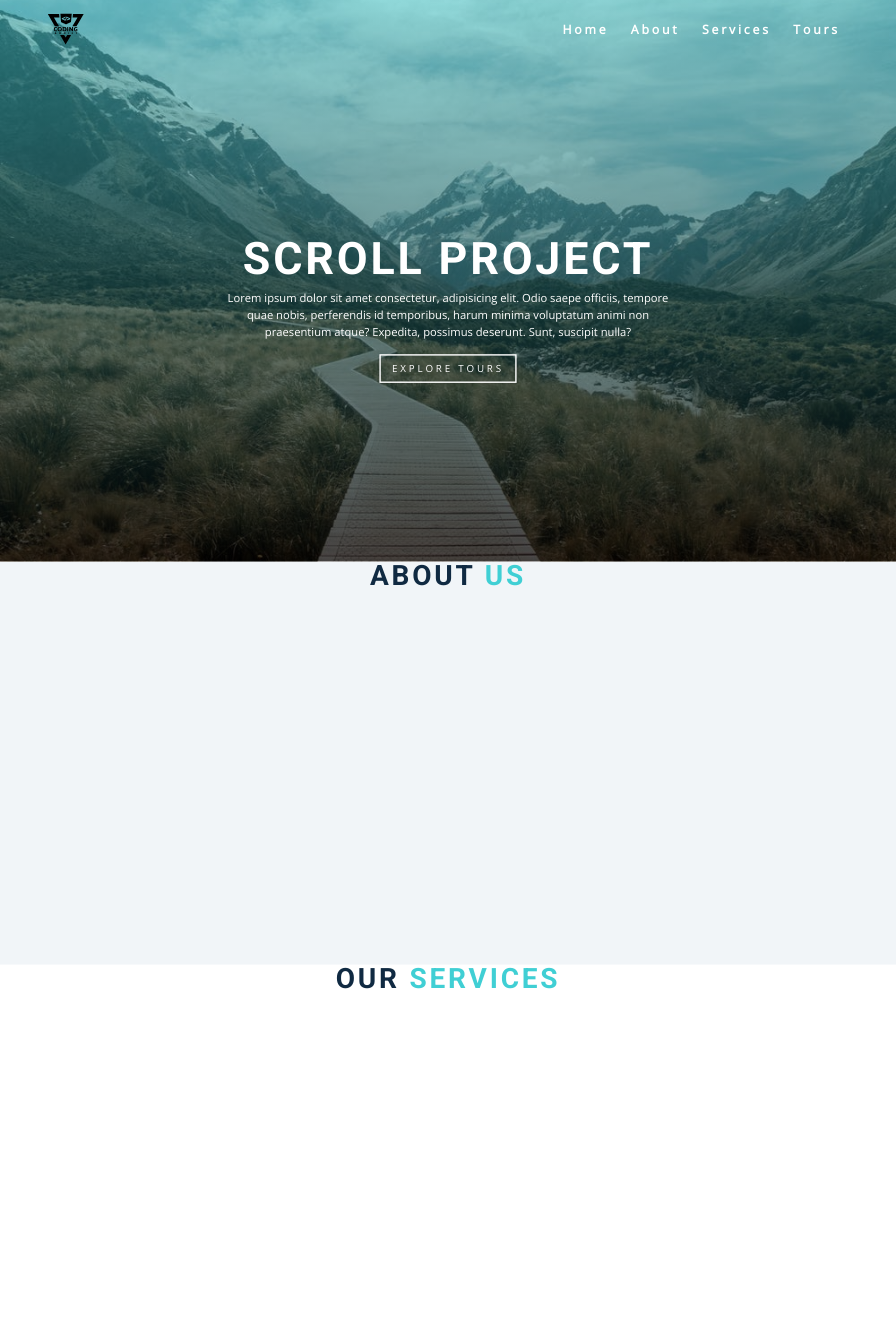
Repository: spidero7/Scroll
Page: index.html
These files come from the project's save history. The page is drawn as it stood at one moment and after the next save; the edit follows.
The browser window is 1280 px wide. The pictures show the part of the page from y = 0 to 1920 px (the page is 2714 px tall), at 70% of full size.
Some web libraries are served in a nearby version.

Above is the page before, as saved 2021-10-07 08:31:08.

### index.html
<!DOCTYPE html>
<html lang="en">
<head>
    <meta charset="UTF-8">
    <meta http-equiv="X-UA-Compatible" content="IE=edge">
    <meta name="viewport" content="width=device-width, initial-scale=1.0">
    <title>Scroll</title>
    <link rel="stylesheet" href="styles.css">
    <link rel="stylesheet" href="https://cdnjs.cloudflare.com/ajax/libs/font-awesome/5.14.0/css/all.min.css">
</head>
<body>
    <!-- header  -->
    <header id="home">
        <!-- navbar -->
        <nav id="nav">
            <div class="nav-center">
                <!-- nav header  -->
                <div class="nav-header">
                    <img src="./imgs/logo.svg" alt="logo" class="logo"/>
                    <button class="nav-toggle">
                        <i class="fas fa-bars"></i>
                    </button>
                </div>
                <!-- links -->
                <div class="links-container">
                    <ul class="links">
                        <li>
                          <a href="#home" class="scroll-link">home</a>
                        </li>
                        <li>
                          <a href="#about" class="scroll-link">about</a>
                        </li>
                        <li>
                          <a href="#services" class="scroll-link">services</a>
                        </li>
                        <li>
                          <a href="#tours" class="scroll-link">tours</a>
                        </li>
                      </ul>
                </div>
            </div>
        </nav>
        <!-- banner -->
        <div class="banner">
            <div class="container">
                <h1>scroll project</h1>
                <p>
                    Lorem ipsum dolor sit amet consectetur, adipisicing elit. Odio saepe officiis,
                    tempore quae nobis, perferendis id temporibus, harum minima voluptatum animi non
                    praesentium atque? Expedita, possimus deserunt. Sunt, suscipit nulla?
                </p>
                <a href="#tours" class="scroll-link btn btn-white">
                    explore tours
                </a>
            </div>
        </div>
    </header>
    <!-- about -->
    <section id="about" class="section">
        <div class="title">
            <h2>about <span>us</span></h2>
        </div>
    </section>
    <!-- services -->
    <section id="services" class="section">
        <div class="title">
            <h2>our <span>services</span></h2>
        </div>
    </section>
    <!-- tours -->
    <section id="tours" class="section">
        <div class="title">
            <h2>featured <span>tours</span></h2>
        </div>
    </section>
    <!-- footer -->
    <footer class="section">
        <p>
            copyright &copy; backroads trave tours company
            <span id="date"></span>
            .all rights reserved
        </p>
    </footer>
    <!-- back to top button -->
    <a href="#home" class="scroll-link top-link">
        <i class="fas fa-arrow-up"></i>
    </a>
    <script src="app.js"></script>
</body>
</html>

### styles.css
/*
===============
Fonts
===============
*/
@import url("https://fonts.googleapis.com/css?family=Open+Sans|Roboto:400,700&display=swap");

/*
===============
Variables
===============
*/

:root {
  /* dark shades of primary color*/
  --clr-primary-1: hsl(205, 86%, 17%);
  --clr-primary-2: hsl(205, 77%, 27%);
  --clr-primary-3: hsl(205, 72%, 37%);
  --clr-primary-4: hsl(205, 63%, 48%);
  /* primary/main color */
  --clr-primary-5: #49a6e9;
  /* lighter shades of primary color */
  --clr-primary-6: hsl(205, 89%, 70%);
  --clr-primary-7: hsl(205, 90%, 76%);
  --clr-primary-8: hsl(205, 86%, 81%);
  --clr-primary-9: hsl(205, 90%, 88%);
  --clr-primary-10: hsl(205, 100%, 96%);
  /* darkest grey - used for headings */
  --clr-grey-1: hsl(209, 61%, 16%);
  --clr-grey-2: hsl(211, 39%, 23%);
  --clr-grey-3: hsl(209, 34%, 30%);
  --clr-grey-4: hsl(209, 28%, 39%);
  /* grey used for paragraphs */
  --clr-grey-5: hsl(210, 22%, 49%);
  --clr-grey-6: hsl(209, 23%, 60%);
  --clr-grey-7: hsl(211, 27%, 70%);
  --clr-grey-8: hsl(210, 31%, 80%);
  --clr-grey-9: hsl(212, 33%, 89%);
  --clr-grey-10: hsl(210, 36%, 96%);
  --clr-white: #fff;
  --clr-red-dark: hsl(360, 67%, 44%);
  --clr-red-light: hsl(360, 71%, 66%);
  --clr-green-dark: hsl(125, 67%, 44%);
  --clr-green-light: hsl(125, 71%, 66%);
  --clr-secondary: hsla(182, 63%, 54%);
  --clr-black: #222;
  --ff-primary: "Roboto", sans-serif;
  --ff-secondary: "Open Sans", sans-serif;
  --transition: all 0.3s linear;
  --spacing: 0.25rem;
  --radius: 0.5rem;
  --light-shadow: 0 5px 15px rgba(0, 0, 0, 0.1);
  --dark-shadow: 0 5px 15px rgba(0, 0, 0, 0.2);
  --max-width: 1170px;
  --fixed-width: 620px;
}
/*
===============
Global Styles
===============
*/
html {
  scroll-behavior: smooth;
}
*,
::after,
::before {
  margin: 0;
  padding: 0;
  box-sizing: border-box;
}
body {
  font-family: var(--ff-secondary);
  background: var(--clr-grey-10);
  color: var(--clr-grey-1);
  line-height: 1.5;
  font-size: 0.875rem;
}
ul {
  list-style-type: none;
}
a {
  text-decoration: none;
}
img:not(.logo) {
  width: 100%;
}
img {
  display: block;
}

h1,
h2,
h3,
h4 {
  letter-spacing: var(--spacing);
  text-transform: capitalize;
  line-height: 1.25;
  margin-bottom: 0.75rem;
  font-family: var(--ff-primary);
}
h1 {
  font-size: 3rem;
}
h2 {
  font-size: 2rem;
}
h3 {
  font-size: 1.25rem;
}
h4 {
  font-size: 0.875rem;
}
p {
  margin-bottom: 1.25rem;
  color: var(--clr-grey-5);
}
@media screen and (min-width: 800px) {
  h1 {
    font-size: 4rem;
  }
  h2 {
    font-size: 2.5rem;
  }
  h3 {
    font-size: 1.75rem;
  }
  h4 {
    font-size: 1rem;
  }
  body {
    font-size: 1rem;
  }
  h1,
  h2,
  h3,
  h4 {
    line-height: 1;
  }
}
/*  global classes */

.btn {
  text-transform: uppercase;
  background: transparent;
  color: var(--clr-black);
  padding: 0.375rem 0.75rem;
  letter-spacing: var(--spacing);
  display: inline-block;
  transition: var(--transition);
  font-size: 0.875rem;
  border: 2px solid var(--clr-black);
  cursor: pointer;
  box-shadow: 0 1px 3px rgba(0, 0, 0, 0.2);
  border-radius: var(--radius);
}
.btn:hover {
  color: var(--clr-white);
  background: var(--clr-black);
}
.btn-white {
  color: var(--clr-white);
  border-color: var(--clr-white);
  border-radius: 0;
  padding: 0.5rem 1rem;
}
.btn:hover {
  background: var(--clr-white);
  color: var(--clr-secondary);
}
/* section */
.section {
  padding-bottom: 5rem;
}

.section-center {
  width: 90vw;
  margin: 0 auto;
  max-width: 1170px;
}
@media screen and (min-width: 992px) {
  .section-center {
    width: 95vw;
  }
}
main {
  min-height: 100vh;
  display: grid;
  place-items: center;
}
/*
===============
Scroll
===============
*/
/* navbar */
nav {
  background: var(--clr-white);
  padding: 1rem 1.5rem;
}
/* fixed nav */
.fixed-nav {
  position: fixed;
  top: 0;
  left: 0;
  width: 100%;
  background: var(--clr-white);
  box-shadow: var(--light-shadow);
}
.fixed-nav .links a {
  color: var(--clr-grey-1);
}
.fixed-nav .links a:hover {
  color: var(--clr-secondary);
}
/* .fixed-nav .links-container {
  height: auto !important;
} */
.nav-header {
  display: flex;
  align-items: center;
  justify-content: space-between;
}
.nav-toggle {
  font-size: 1.5rem;
  color: var(--clr-grey-1);
  background: transparent;
  border-color: transparent;
  transition: var(--transition);
  cursor: pointer;
}
.nav-toggle:hover {
  color: var(--clr-secondary);
}
.logo {
  height: 50px;
}
.links-container {
  height: 0;
  overflow: hidden;
  transition: var(--transition);
}
.show-links {
  height: 200px;
}
.links a {
  background: var(--clr-white);
  color: var(--clr-grey-5);
  font-size: 1.1rem;
  text-transform: capitalize;
  letter-spacing: var(--spacing);
  display: block;
  transition: var(--transition);
  font-weight: bold;
  padding: 0.75rem 0;
}
.links a:hover {
  color: var(--clr-grey-1);
}
@media screen and (min-width: 800px) {
  nav {
    background: transparent;
  }
  .nav-center {
    width: 90vw;
    max-width: 1170px;
    margin: 0 auto;
    display: flex;
    align-items: center;
    justify-content: space-between;
  }
  .nav-header {
    padding: 0;
  }
  .nav-toggle {
    display: none;
  }
  .links-container {
    height: auto !important;
  }
  .links {
    display: flex;
  }
  .links a {
    background: transparent;
    color: var(--clr-white);
    font-size: 1.1rem;
    text-transform: capitalize;
    letter-spacing: var(--spacing);
    display: block;
    transition: var(--transition);
    margin: 0 1rem;
    font-weight: bold;
    padding: 0;
  }
  .links a:hover {
    color: var(--clr-white);
  }
}
/* hero */
header {
  min-height: 100vh;
  background: linear-gradient(rgba(63, 208, 212, 0.5), rgba(0, 0, 0, 0.7)),
    url(./imgs/hero-bcg.jpeg) center/cover no-repeat;
}
.banner {
  min-height: 100vh;
  display: grid;
  place-items: center;
  text-align: center;
}
.container h1 {
  color: var(--clr-white);
  text-transform: uppercase;
}
.container p {
  color: var(--clr-white);
  max-width: 25rem;
  margin: 0 auto;
  margin-bottom: 1.25rem;
}
@media screen and (min-width: 768px) {
  .container p {
    max-width: 40rem;
  }
}
/* sections and title */
.title h2 {
  text-align: center;
  text-transform: uppercase;
}
.title span {
  color: var(--clr-secondary);
}
#about,
#services,
#tours {
  height: 80vh;
}
#services {
  background: var(--clr-white);
}
footer {
  background: var(--clr-grey-1);
  padding: 5rem 1rem;
}
footer p {
  color: var(--clr-white);
  text-align: center;
  text-transform: capitalize;
  letter-spacing: var(--spacing);
  margin-bottom: 0;
}

.top-link {
  font-size: 1.25rem;
  position: fixed;
  bottom: 3rem;
  right: 3rem;
  background: var(--clr-secondary);
  width: 2rem;
  height: 2rem;
  display: grid;
  place-items: center;
  border-radius: var(--radius);
  color: var(--clr-white);
  animation: bounce 2s ease-in-out infinite;

  visibility: hidden;
  z-index: -100;
}
.show-link {
  visibility: visible;
  z-index: 100;
}

@keyframes bounce {
  0% {
    transform: scale(1);
  }
  50% {
    transform: scale(1.5);
  }
  100% {
    transform: scale(1);
  }
}

### app.js
// Element.getBoundingClientRect() method returns the size of an element and its position relative to the viewport

// set date
const date = document.getElementById('date');
date.innerHTML = new Date().getFullYear();

// close links
const navToggleButton = document.querySelector('.nav-toggle');
const linksContainer = document.querySelector('.links-container');
const links = document.querySelector('.links');

navToggleButton.addEventListener('click', function() {
    // linksContainer.classList.toggle('show-links');
    const containerHeight = linksContainer.getBoundingClientRect().height;
    const linksHeight = links.getBoundingClientRect().height;

    if (containerHeight === 0) {
        linksContainer.style.height = `${linksHeight}px`;
    } else {
        linksContainer.style.height = 0;
    }
});

After the next save:
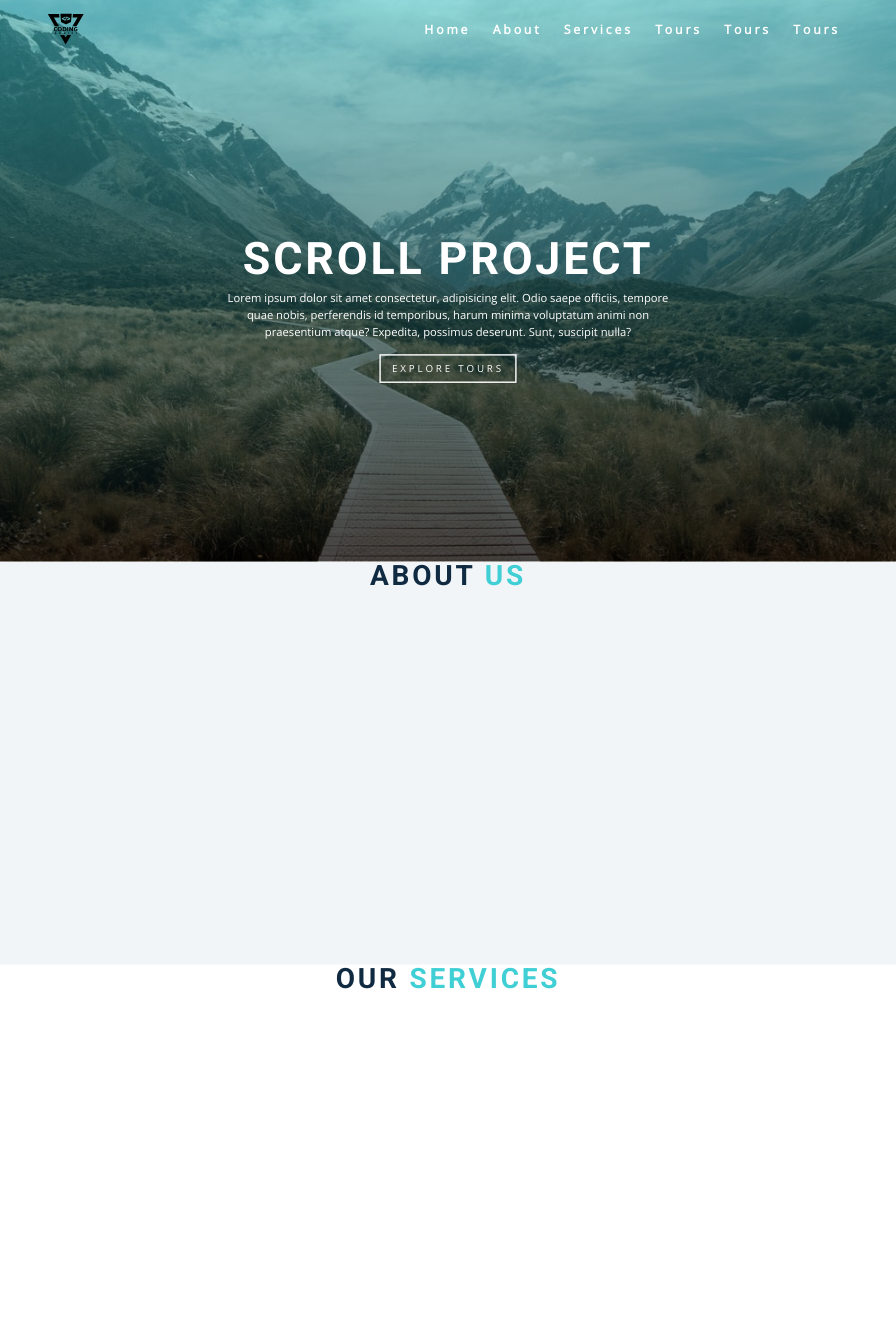
Saved 13 s later.
--- a/index.html
+++ b/index.html
@@ -36,6 +36,12 @@
                         <li>
                           <a href="#tours" class="scroll-link">tours</a>
                         </li>
+                        <li>
+                            <a href="#tours" class="scroll-link">tours</a>
+                          </li>
+                          <li>
+                            <a href="#tours" class="scroll-link">tours</a>
+                          </li>
                       </ul>
                 </div>
             </div>

After the 2 saves that followed:
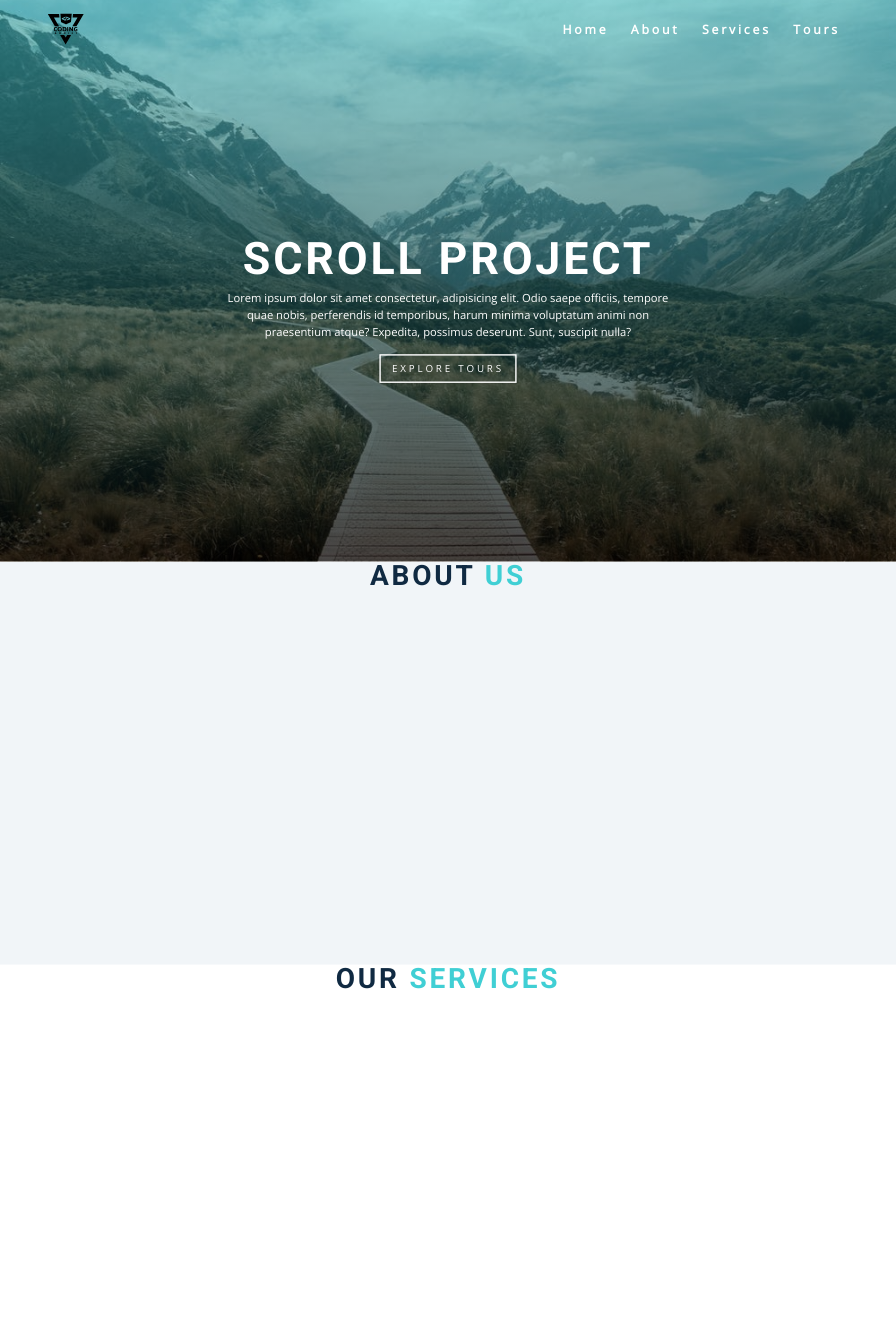
The 2 saves are shown as one change because they came seconds apart.
The last was saved 10 s later.
--- a/index.html
+++ b/index.html
@@ -36,12 +36,6 @@
                         <li>
                           <a href="#tours" class="scroll-link">tours</a>
                         </li>
-                        <li>
-                            <a href="#tours" class="scroll-link">tours</a>
-                          </li>
-                          <li>
-                            <a href="#tours" class="scroll-link">tours</a>
-                          </li>
                       </ul>
                 </div>
             </div>
